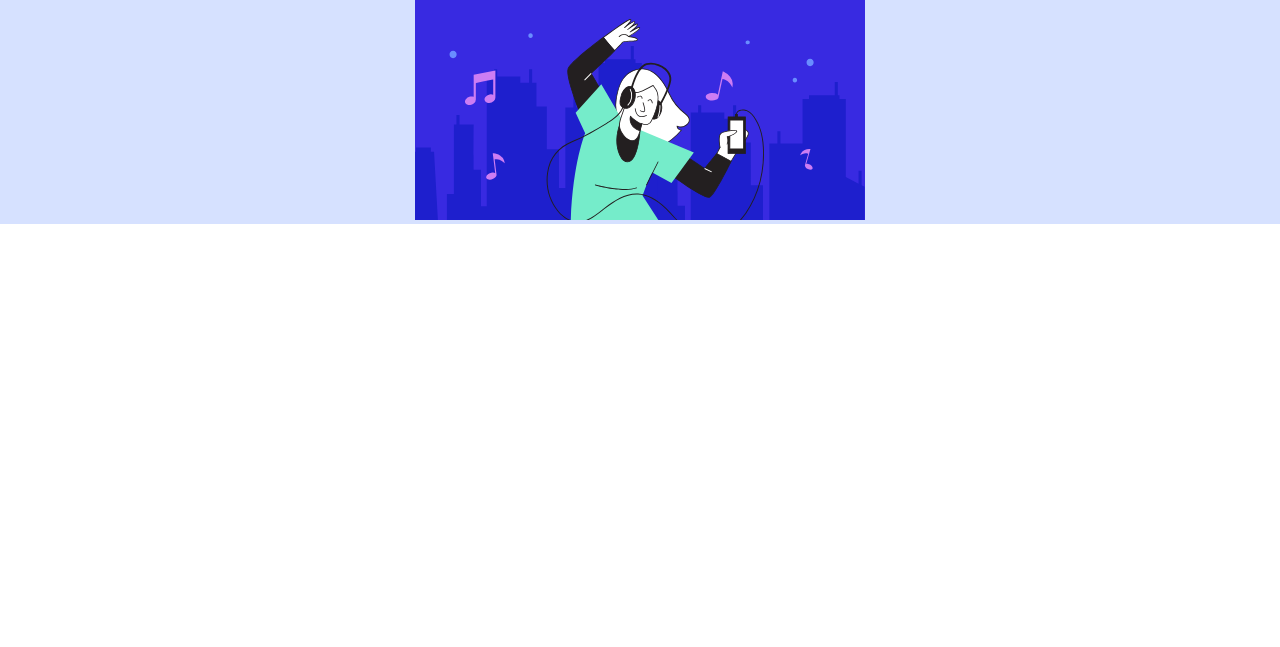
Repository: Eugene44-hub/newbie-project
Page: index.html
An editor plug-in stored every save of this project. The page is shown before and after a run of saves, followed by the edit.
The browser window is 1280 px wide. The pictures show the whole page.

Above is the page before, as saved 2021-08-29 01:59:12.

### index.html
<!DOCTYPE html>
<html lang="en">

<head>
    <link rel="stylesheet" href="style.css">
    <meta charset="UTF-8">
    <meta http-equiv="X-UA-Compatible" content="IE=edge">
    <meta name="viewport" content="width=device-width, initial-scale=1.0">
    <title>Document</title>
</head>

<body>
    <div class="container">

        <div class="card-container">
            <div class="card">
                <div class="favi">
                    <img src="illustration-hero.svg" alt="">
                </div>
            </div>
        </div>

    </div>
</body>

</html>

### style.css
* {
    padding: 0;
    margin: 0;
}

.container {
    background-image: url('pattern-background-desktop.svg');
    background-repeat: no-repeat;
}

.card-container {
    display: flex;
    justify-content: center;
    align-content: center;
    margin-top: ;
}

After the next 2 saves:
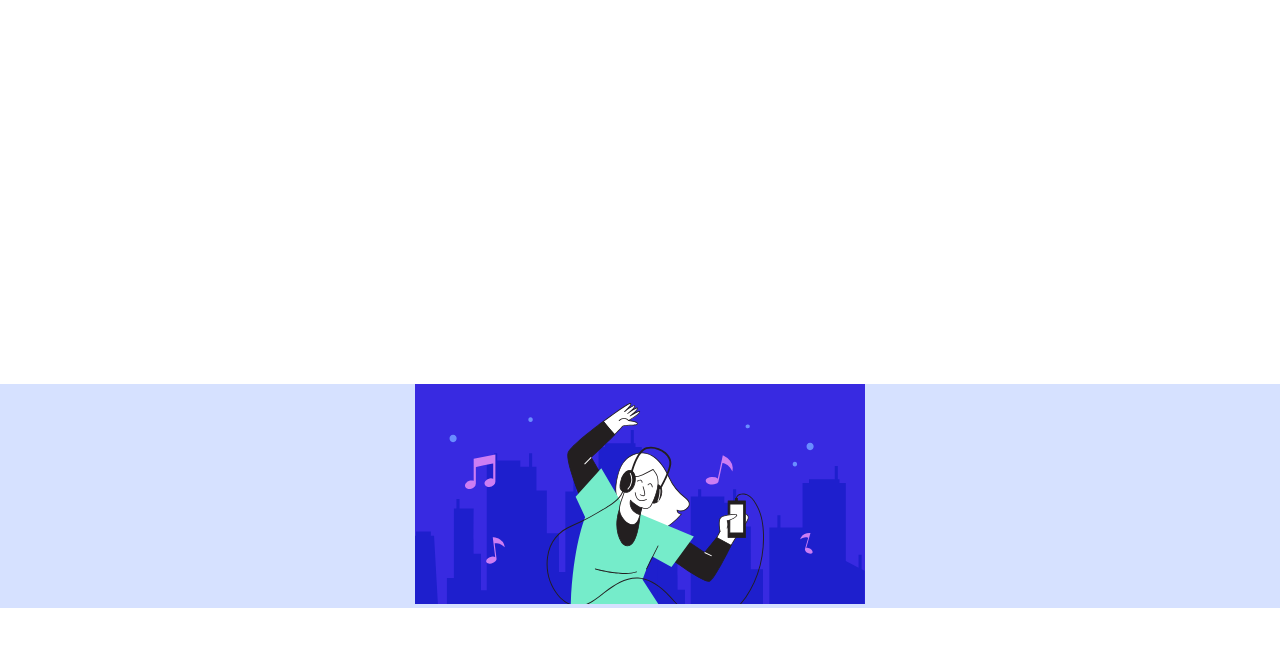
The 2 saves are shown as one change because they came seconds apart.
The last was saved 7 s later.
--- a/style.css
+++ b/style.css
@@ -12,5 +12,5 @@
     display: flex;
     justify-content: center;
     align-content: center;
-    margin-top: ;
+    margin-top: 30%;
 }

After the 2 saves that followed:
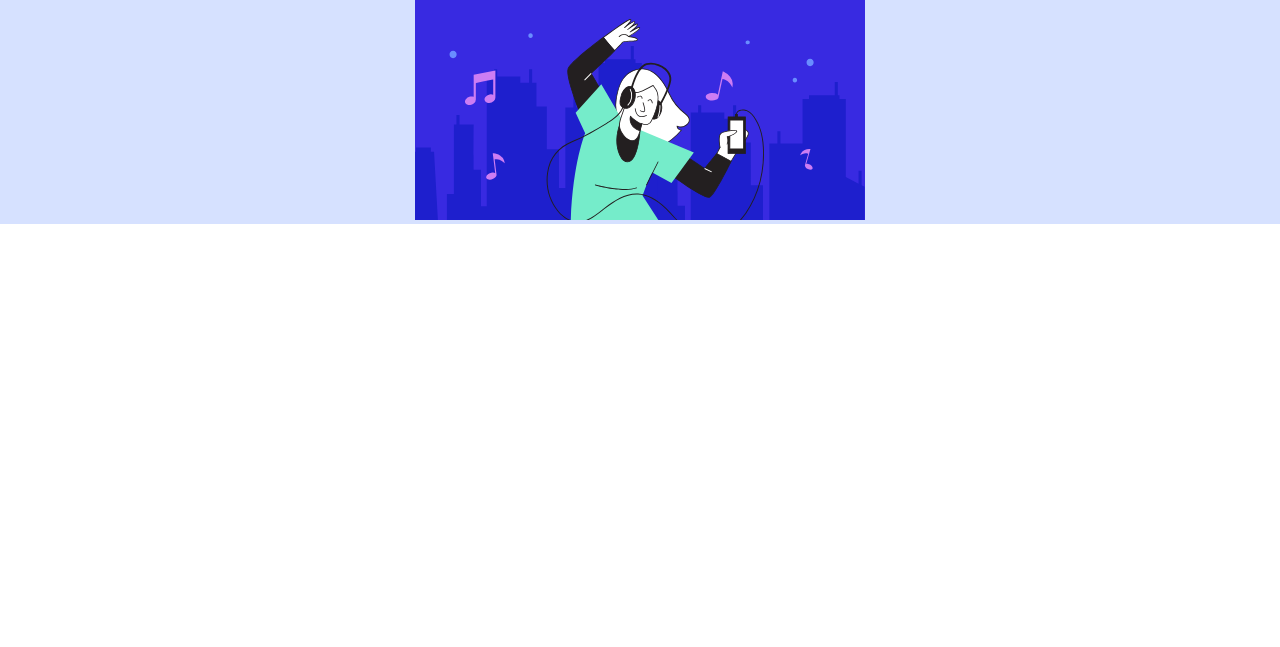
The 2 saves are shown as one change because they came seconds apart.
The last was saved 5 s later.
--- a/style.css
+++ b/style.css
@@ -12,5 +12,5 @@
     display: flex;
     justify-content: center;
     align-content: center;
-    margin-top: 30%;
+    margin-top: ;
 }
